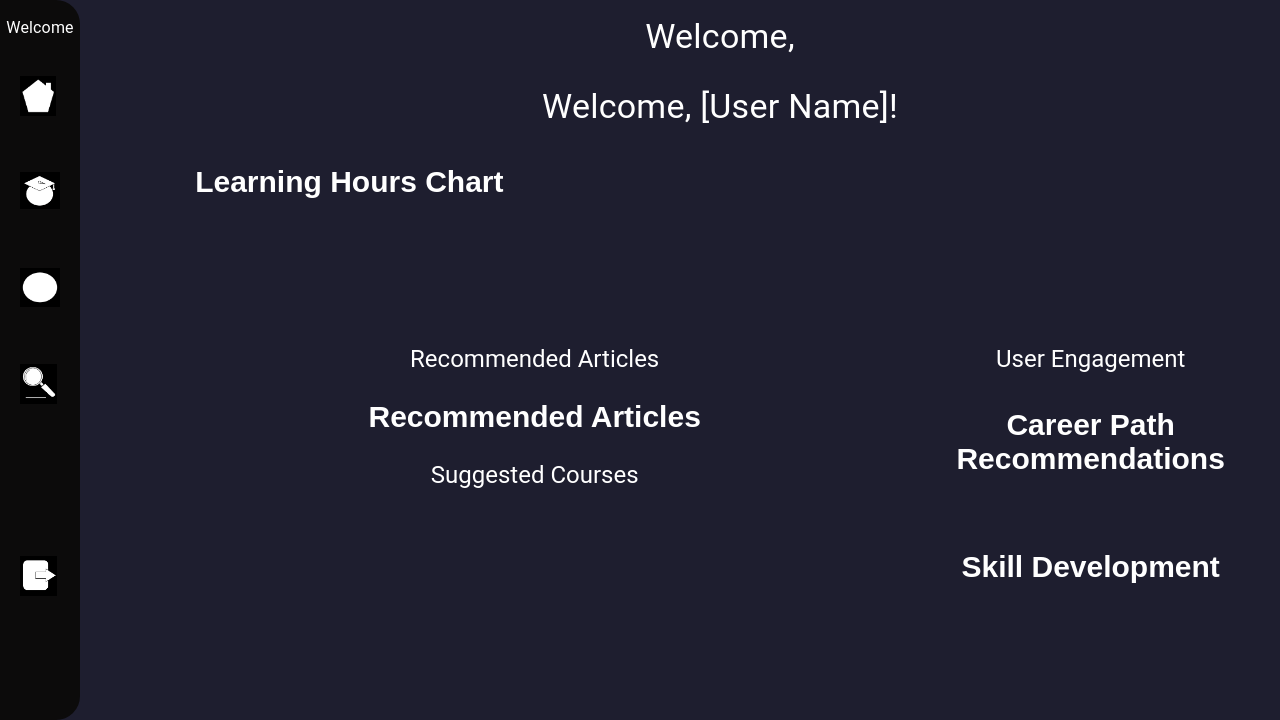
Repository: jvt2/OnlineCourseApp
Page: /dashboard
The author's editor kept a copy of each file at every save. The page is drawn from the files as they stood at one save, then again after the next save.
The browser window is 1280 px wide. The pictures show the whole page.
The page's requests for data from a server got no answer. The project was rebuilt for these pictures with package versions that can differ from the ones it lists, and the page was loaded fresh each time. No one was signed in, and anything a server would have sent is missing. Also part of the build but not shown: src/features/auth/Register.js, src/features/auth/Login.js, src/features/courses/ResumeUpload.js, src/features/courses/CourseRecommendations.js, src/components/common/MyModal.js, src/features/courses/CourseCatalog.js, src/features/courses/CourseDetail.js, src/components/common/Navbar.js and 3 more. Imported but missing from the stored project, and not drawn on this page: src/app/reportWebVitals.

Above is the page before, as saved 2024-07-18 17:00:32.

After the next save:
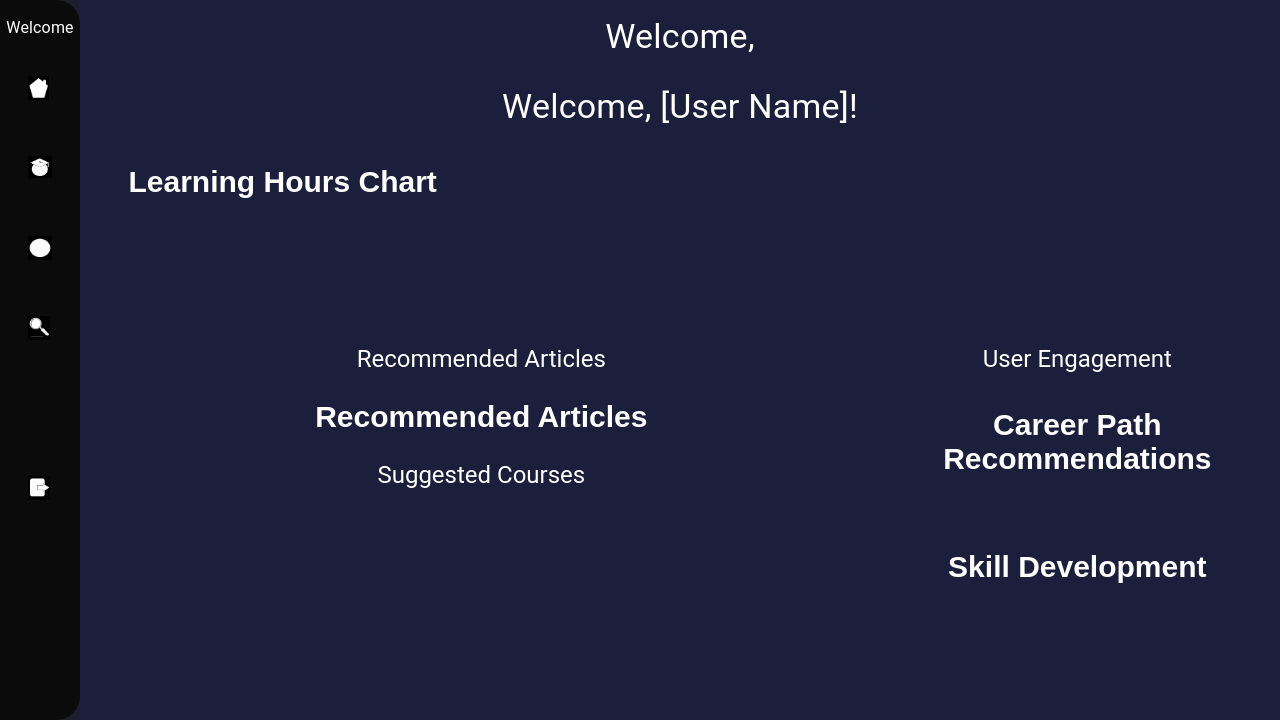
Saved 115 s later.
--- a/src/features/dashboard/Dashboard.css
+++ b/src/features/dashboard/Dashboard.css
@@ -1,5 +1,6 @@
 :root {
   --primary-color: #0C0B0B;
+  --secondary-color: #1b1f3b;
   --text-color: #FFFFFF;
   --accent-color: #4a90e2;
   --font-main: 'Arial', sans-serif;
@@ -19,7 +20,6 @@
   }
 }
 
-
 /* General styles for the dashboard */
 body {
   margin: 0;
@@ -31,12 +31,11 @@ body {
 
 .container {
   display: grid;
-  grid-template-columns: 160px 1fr;
+  grid-template-columns: 80px 1fr;
   min-height: 100vh;
 }
 
 .sidebar {
-  width: 80px;
   background: var(--primary-color);
   border-radius: 0 var(--border-radius) var(--border-radius) 0;
   display: flex;
@@ -64,10 +63,9 @@ body {
   text-align: center;
 }
 
-
 .sidebar-icon {
-  width: 40px;
-  height: 40px;
+  width: 24px;
+  height: 24px;
   margin: 20px 0;
   cursor: pointer;
   background-size: contain;
@@ -100,15 +98,12 @@ body {
   background-image: url('/public/assets/logout.png');
 }
 
-.sidebar-icon:hover {
-  background-color: rgba(255, 255, 255, 0.1);
-}
 .dashboard-container {
   background-color: var(--secondary-color);
   padding: var(--spacing-unit);
   display: grid;
   grid-template-rows: auto 1fr;
-  grid-gap: var(--spacing-unit);
+  gap: var(--spacing-unit);
   overflow-y: auto;
 }
 
@@ -164,6 +159,7 @@ body {
   .container {
     grid-template-columns: 1fr;
   }
+
   .sidebar {
     flex-direction: row;
     justify-content: space-around;
@@ -197,7 +193,6 @@ body {
     padding: 10px;
   }
 
-
   .sidebar-main {
     flex-direction: row;
   }
